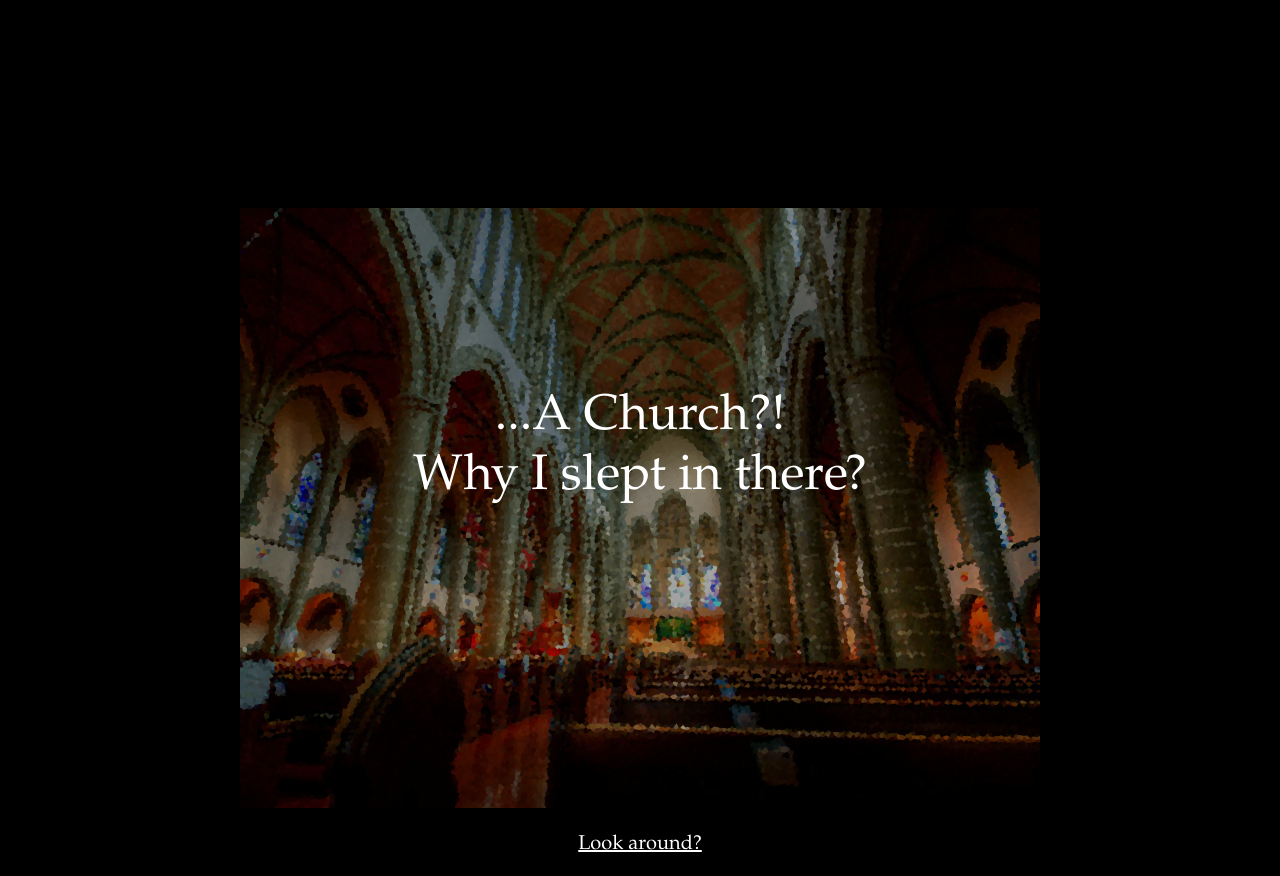
Repository: yiy225/yiy225.github.io
Page: final/page3.html
The author's editor kept a record of every edit. The page is drawn from the files as they stood at one moment, then again after the next edit.
The browser window is 1280 px wide. The pictures show the whole page.

Above is the page before.

### final/page3.html
<!DOCTYPE html>
<html>
   <head>
        <title>The Dance of Death</title>
        <link href="styles 3.css" rel="stylesheet">
    </head>
    <body>
     <div class= div1></div>

     <div class= div2>
         <br>
         <br>
         <br>
         ...A Church?!
         <br>
         Why I slept in there?</div>

     <a href="page3">Look around?</a>

    </body>
</html>

### final/styles 3.css
body {
    background-color: black;
    font-size: 50px;
    font-family: Garamond, serif;
    text-align: center;
    color: white;
}


.div1 {
    margin: 0px auto;
    width: 200px;
    height: 200px ;
    text-align: center;
    margin-left: auto;
    margin-right: auto;

}

.div2 {
    background-image: url(church1.png);
    height: 600px;
    width: 800px;
    z-index: 100;
    margin-left: auto;
    margin-right: auto;

}

.c1{
    position: relative;
    margin-left:auto;
    margin-right:auto;
}

a:link {
    color: white;
    font-size: 20px;
}

a:hover {
    color: white;
    font-size: 20px;
}

a:active {
	color: white;
	font-size: 20px;
}

a:visited {
	color: white;
	font-size: 20px;
}

After the next edit:
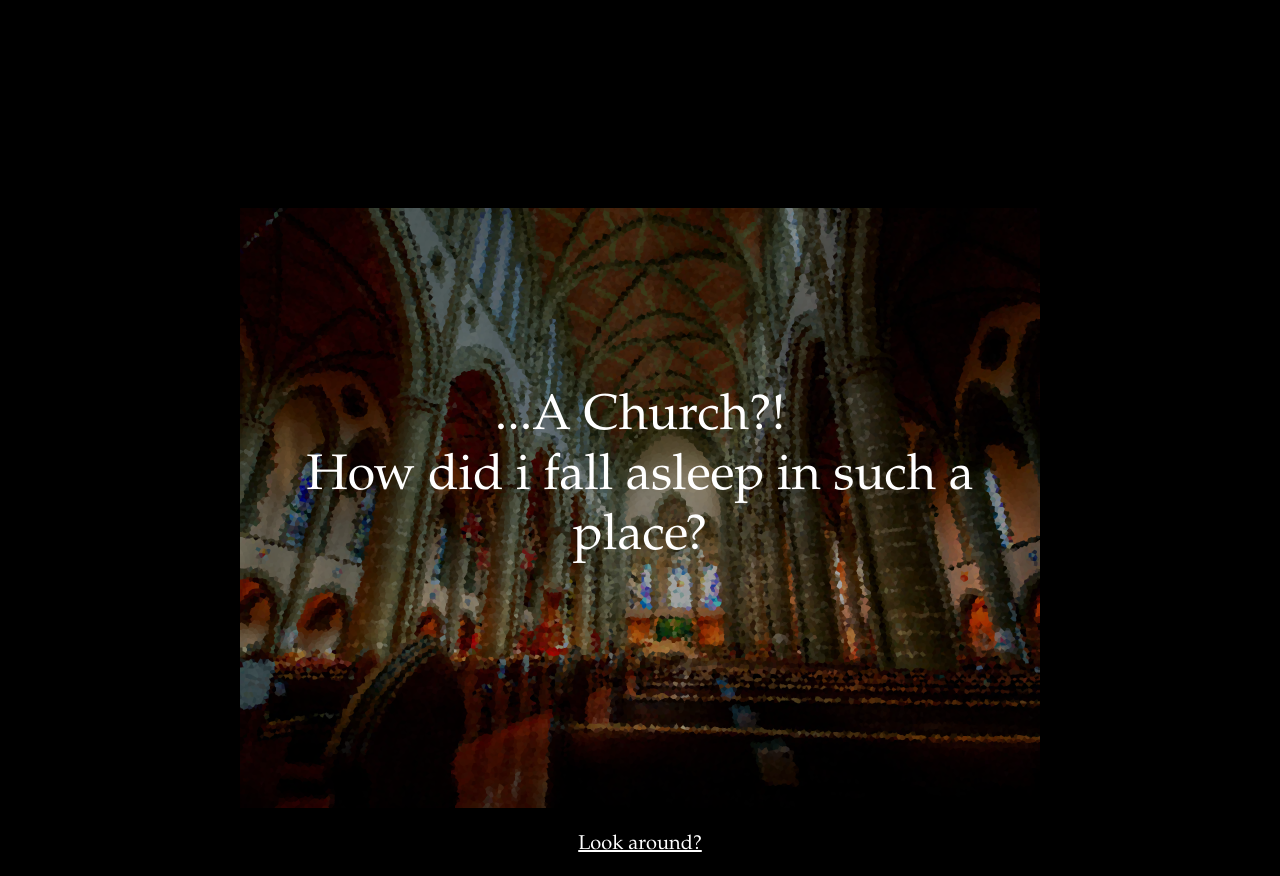
The edit:
--- a/final/page3.html
+++ b/final/page3.html
@@ -13,7 +13,7 @@
          <br>
          ...A Church?!
          <br>
-         Why I slept in there?</div>
+         How did i fall asleep in such a place?</div>
 
      <a href="page3">Look around?</a>
 
